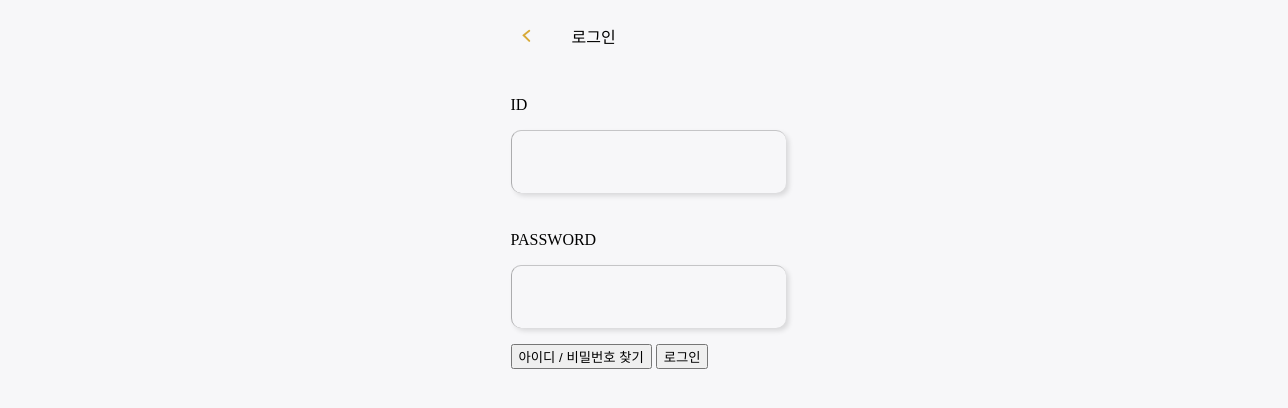
Repository: PEPI-dev/UI
Page: login/login.html
The author's editor kept a copy of each file at every save. The page is drawn from the files as they stood at one save, then again after the next save.
The browser window is 1280 px wide. The page is 1288 px wide, so the pictures cover 1288 px, including what lies to the right of the window. The pictures show the whole page.

Above is the page before, as saved 2023-12-04 16:31:28.

After the next save:
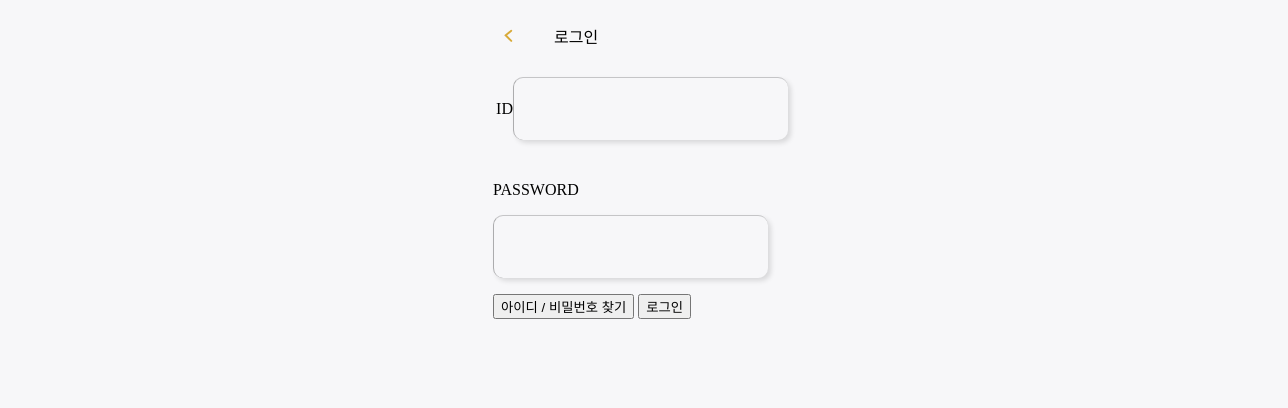
Saved 67 s later.
--- a/login/login.html
+++ b/login/login.html
@@ -11,7 +11,7 @@
     </div>
     <form action="#">
         <div id="div_back"><button id="back"><img src="../a_icon/button-02.svg"></img></button><p id="txt_login">로그인</p></div>
-        <p class="input_form"><p class="txt_input">ID</p><input class="field" id="ID"></input></p>
+        <p class="input_form"><label for="ID" class="txt_input">ID</label><input class="field" id="ID"></input></p>
         <p class="input_form"><p class="txt_input">PASSWORD</p><input class="field" id="password" type="password" ></input></p>
         <button class="text_btn">아이디 / 비밀번호 찾기</button>
         <button id="login_btn">로그인</button>
